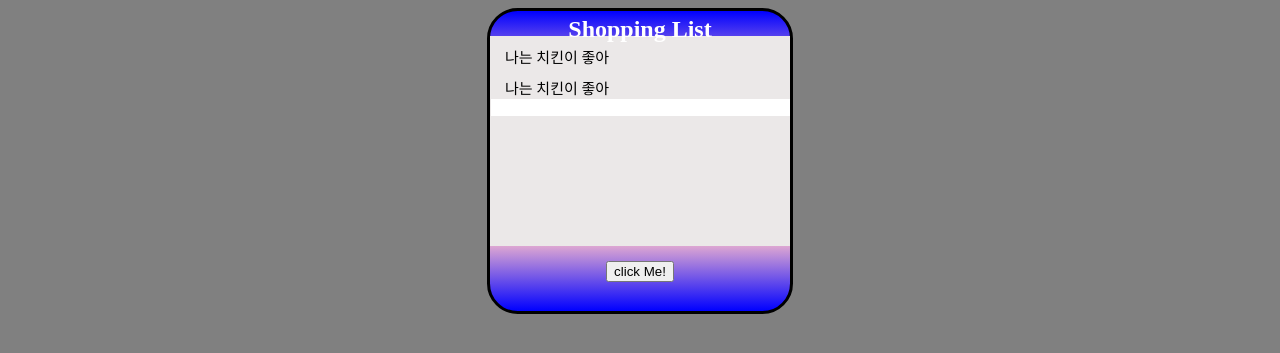
Repository: DevMinwoo-Jung/JavaScript101
Page: WebApIs/shoppingApp/index.html
The author's editor kept a copy of each file at every save. The page is drawn from the files as they stood at one save, then again after the next save.
The browser window is 1280 px wide. The pictures show the whole page.

Above is the page before, as saved 2021-06-14 11:34:03.

After the next save:
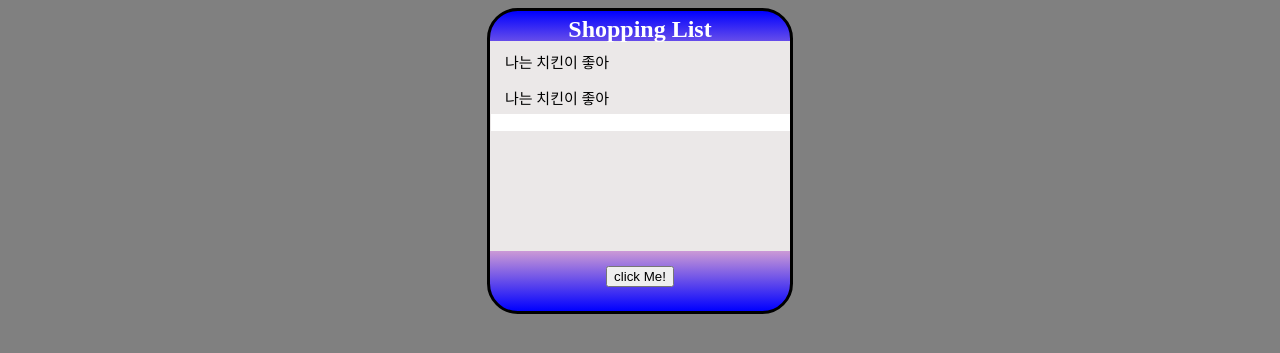
Saved 7 s later.
--- a/WebApIs/shoppingApp/style.css
+++ b/WebApIs/shoppingApp/style.css
@@ -38,7 +38,7 @@ body {
   padding-left: 10px;
   padding-top: 10px;
   font-size: 15px;
-  margin: 0 5px;
+  margin: 5px;
 }
 
 .item__list__input {
